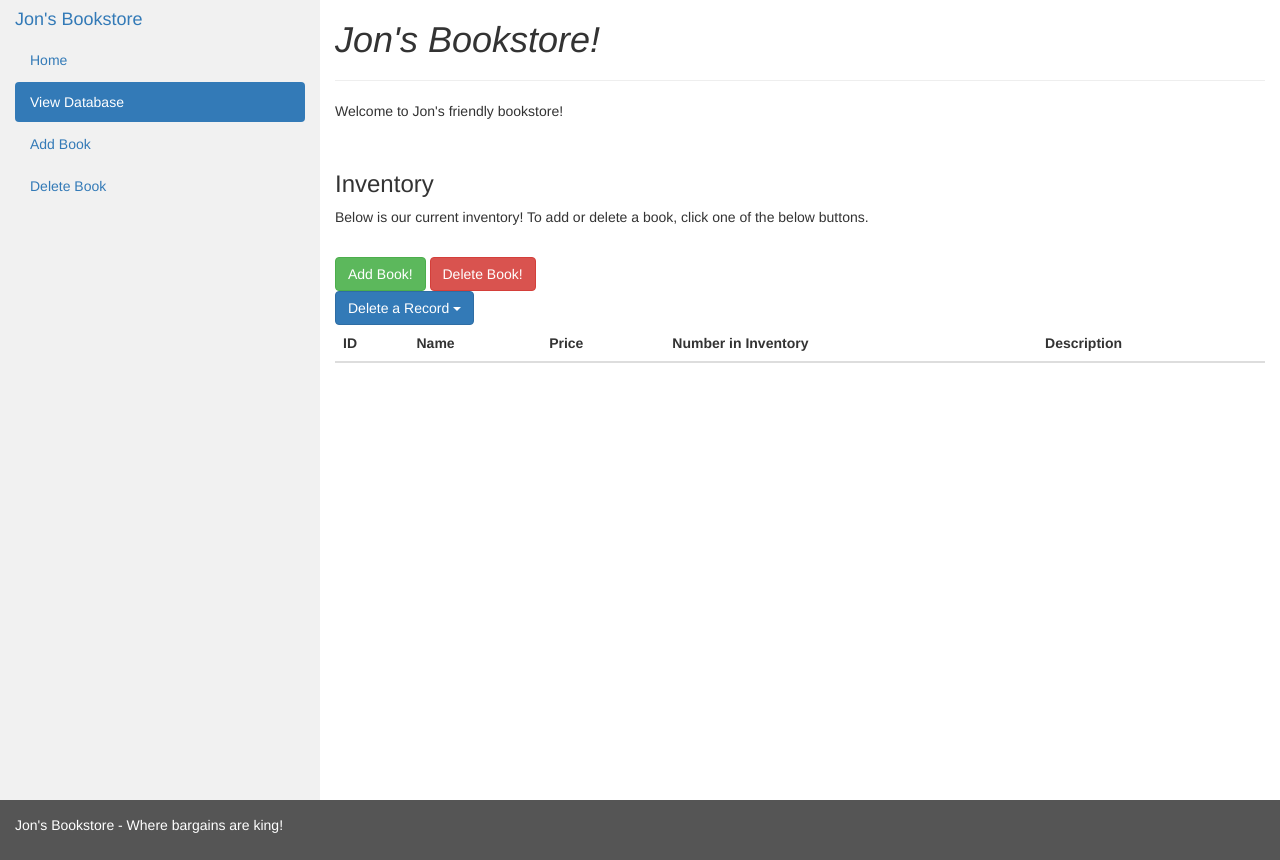
Repository: Inferno51/bookstoreproject
Page: http://localhost/bookstore/readfromdb.jsp
These files come from the project's save history. The page is drawn as it stood at one moment and after the next save; the edit follows.
The browser window is 1280 px wide. The pictures show the whole page.
The page is served by Tomcat 9. Other server files are loaded and not shown. Queries for data that is not in the repository find no rows.

Above is the page before, as saved 2016-09-02 17:07:43.

### bookstore/src/main/webapp/readfromdb.jsp
<%@page import="com.bookstore.DAO"%>
<%@page import="com.bookstore.Book"%>
<%@ page language="java" contentType="text/html; charset=ISO-8859-1"
	pageEncoding="ISO-8859-1"%>
<!DOCTYPE html PUBLIC "-//W3C//DTD HTML 4.01 Transitional//EN" "http://www.w3.org/TR/html4/loose.dtd">
<html>
<head>
<title>Jon's Bookstore</title>
<meta http-equiv="Content-Type" content="text/html; charset=ISO-8859-1">
<meta charset="utf-8">
<meta name="viewport" content="width=device-width, initial-scale=1">
<link rel="stylesheet" href="styles.css">
<link rel="stylesheet"
	href="http://maxcdn.bootstrapcdn.com/bootstrap/3.3.7/css/bootstrap.min.css">
<script
	src="https://ajax.googleapis.com/ajax/libs/jquery/1.12.4/jquery.min.js"></script>
<script
	src="http://maxcdn.bootstrapcdn.com/bootstrap/3.3.7/js/bootstrap.min.js"></script>
</head>
<body>
	<div class="container-fluid">
		<div class="row content">
			<div class="col-sm-3 sidenav">
				<h4>
					<a href="index.html">Jon's Bookstore</a>
				</h4>
				<ul class="nav nav-pills nav-stacked">
					<li><a href="index.html">Home</a></li>
					<li class="active"><a href="readfromdb.jsp">View Database</a></li>
					<li><a href="addbook.html">Add Book</a></li>
					<li><a href="deletebook.html">Delete Book</a></li>
				</ul>
				<br>
			</div>

			<div class="col-sm-9">
				<h1>
					<em>Jon's Bookstore!</em>
					</h4>
					<hr>
					<p>Welcome to Jon's friendly bookstore!</p>
					<br>
					<h3>Inventory</h3>
					<p>Below is our current inventory! To add or delete a book,
						click one of the below buttons.</p>
					<br> <a href="addbook.html" class="btn btn-success"
						role="button">Add Book!</a> <a href="deletebook.html"
						class="btn btn-danger" role="button">Delete Book!</a>
					<table class="table table-striped">
						<thead>
							<tr>
								<th>ID</th>
								<th>Name</th>
								<th>Price</th>
								<th>Number in Inventory</th>
								<th>Description</th>
							</tr>
						</thead>
						<tbody>

							<%
								com.bookstore.DAO.readFromDB();
							%>
							<%
								Book readToJSP = new Book();

								for (int i = 0; i < DAO.ourBooks.size(); i++) {
									readToJSP = DAO.ourBooks.get(i);
							%>
							<tr>
								<td><%=readToJSP.getBookID() %></td>
								<td><%=readToJSP.getBookName()%></td>
								<td><%=readToJSP.getBookPrice()%></td>
								<td><%=readToJSP.getBookCount()%></td>
								<td><%=readToJSP.getBookDesc()%></td>
							</tr>
							<%
								}
								DAO.ourBooks.clear();
							%>

						</tbody>
						<div class="dropdown">
							<button class="btn btn-primary dropdown-toggle" type="button" data-doggle="dropdown">Delete a Record
							<span class="caret"></span></button>
							<ul class="dropdown-menu">
								<li>item to delete</li>
							</ul>
						</div>

					</table>
			</div>
		</div>
	</div>

	<footer class="container-fluid">
	<p>Jon's Bookstore - Where bargains are king!</p>
	</footer>
</body>
</html>

### bookstore/src/main/java/com/bookstore/DAO.java
package com.bookstore;

import java.sql.*;
import java.util.ArrayList;

public class DAO {

	static final String JDBC_DRIVER = "com.mysql.cj.jdbc.Driver";
	static final String DB_URL = "jdbc:mysql://127.0.0.1:3306/?user=root&autoReconnect=true&useSSL=false";
	static final String USER = "root";
	static final String PASSWORD = "sesame";

	static Connection CONN = null;
	static Statement STMT = null;
	static PreparedStatement PREP = null;
	static ResultSet RES = null;
	public static ArrayList<Book> ourBooks = new ArrayList<>();

	public static void connToDB() {
		try {
			Class.forName(JDBC_DRIVER);
			CONN = DriverManager.getConnection(DB_URL, USER, PASSWORD);
		} catch (SQLException | ClassNotFoundException e) {
			e.printStackTrace();
		} // Try connection statement
	} // connToDB

	public static void readFromDB() {
		connToDB();



		try {
			STMT = CONN.createStatement();
			RES = STMT.executeQuery("SELECT * FROM products.books;");

			while (RES.next()) {
				Book myBook = new Book();
				myBook.setBookID(RES.getInt("book_id"));
				myBook.setBookName(RES.getString("book_name"));
				myBook.setBookPrice(RES.getDouble("book_price"));
				myBook.setBookCount(RES.getInt("book_inv_count"));
				myBook.setBookDesc(RES.getString("book_desc"));

				ourBooks.add(myBook);

			}

			for (Book book : ourBooks) {
				System.out.println(book.toString());
			}

		} catch (SQLException e) {
			e.printStackTrace();
		}
	} // readFromDB

	private static String insertIntoTable = "INSERT INTO `products`.`books` "
			+ "(book_name, book_price, book_inv_count, book_desc)"
			+ " VALUES "
			+ "(?, ?, ?, ?)";

	public static void writeToDB(Book newBook) {

		Book bookToAdd = new Book();

		bookToAdd = newBook;

		try {
			connToDB();

			PREP = CONN.prepareStatement(insertIntoTable);

			PREP.setString(1, bookToAdd.getBookName());
			PREP.setDouble(2, bookToAdd.getBookPrice());
			PREP.setInt(3, bookToAdd.getBookCount());
			PREP.setString(4, bookToAdd.getBookDesc());

			System.out.println(PREP);

			PREP.executeUpdate();

		} catch (SQLException e) {
			e.printStackTrace();
		}

	}

	private static String updateDB = ("UPDATE `products`.`books` SET `book_name` = ?, `book_price` = ?, `book_inv_count` = ?, `book_desc` = ? WHERE `book_id` = ?");

	public static void updateDB(Book newBook) {

		readFromDB();

		Book bookToUpdate = new Book();

		bookToUpdate = newBook;

		try {
			PREP = CONN.prepareStatement(updateDB);

			PREP.setString(1, bookToUpdate.getBookName());
			PREP.setDouble(2, bookToUpdate.getBookPrice());
			PREP.setInt(3, bookToUpdate.getBookCount());
			PREP.setString(4, bookToUpdate.getBookDesc());
			PREP.setInt(5, bookToUpdate.getBookID());

			PREP.executeUpdate();

		} catch (SQLException e) {
			e.printStackTrace();
		}
	} // updateDB

	public static void deleteFromDatabase(Book newBook) {
		Book bookToDelete = new Book();
		bookToDelete = newBook;

		try {
			connToDB();
			PREP = CONN.prepareStatement("DELETE FROM `products`.`books` WHERE book_ID = ?");
			PREP.setInt(1, bookToDelete.getBookID());
			PREP.executeUpdate();
		} catch (SQLException e) {
			e.printStackTrace();
		}
	} // deleteFromDatabase
}

### bookstore/src/main/java/com/bookstore/Book.java
package com.bookstore;

public class Book {

	private int bookID = 0;
	private int bookCount = 0;
	private double bookPrice = 0.0d;
	private String bookName = null;
	private String bookDesc = null;

	// Constructor
	public Book(int bookID, int bookCount, double bookPrice, String bookName, String bookDesc) {
		super();
		this.bookID = bookID;
		this.bookCount = bookCount;
		this.bookPrice = bookPrice;
		this.bookName = bookName;
		this.bookDesc = bookDesc;
	} // Constructor

	// Blank constructor
	public Book() {
		super();
	} // Blank constructor


	// Getters and setters
	public int getBookID() {
		return bookID;
	}

	public void setBookID(int bookID) {
		this.bookID = bookID;
	}

	public int getBookCount() {
		return bookCount;
	}

	public void setBookCount(int bookCount) {
		this.bookCount = bookCount;
	}

	public double getBookPrice() {
		return bookPrice;
	}

	public void setBookPrice(double bookPrice) {
		this.bookPrice = bookPrice;
	}

	public String getBookName() {
		return bookName;
	}

	public void setBookName(String bookName) {
		this.bookName = bookName;
	}

	public String getBookDesc() {
		return bookDesc;
	}

	public void setBookDesc(String bookDesc) {
		this.bookDesc = bookDesc;
	}
	// Getters and setters


	@Override
	public String toString() {
		return "Book [bookID=" + bookID + ", bookCount=" + bookCount + ", bookPrice=" + bookPrice + ", bookName="
				+ bookName + ", bookDesc=" + bookDesc + "]";
	} // toString method



}

### bookstore/src/main/webapp/styles.css
@CHARSET "ISO-8859-1";
/* Set height of the grid so .sidenav can be 100% (adjust if needed) */
.row.content {
	height: 800px
}

/* Set gray background color and 100% height */
.sidenav {
	background-color: #f1f1f1;
	height: 100%;
}

/* Set black background color, white text and some padding */
footer {
	background-color: #555;
	color: white;
	padding: 15px;
}

/* On small screens, set height to 'auto' for sidenav and grid */
@media screen and (max-width: 767px) {
	.sidenav {
		height: auto;
		padding: 15px;
	}
	.row.content {
		height: auto;
	}
}

After the next save:
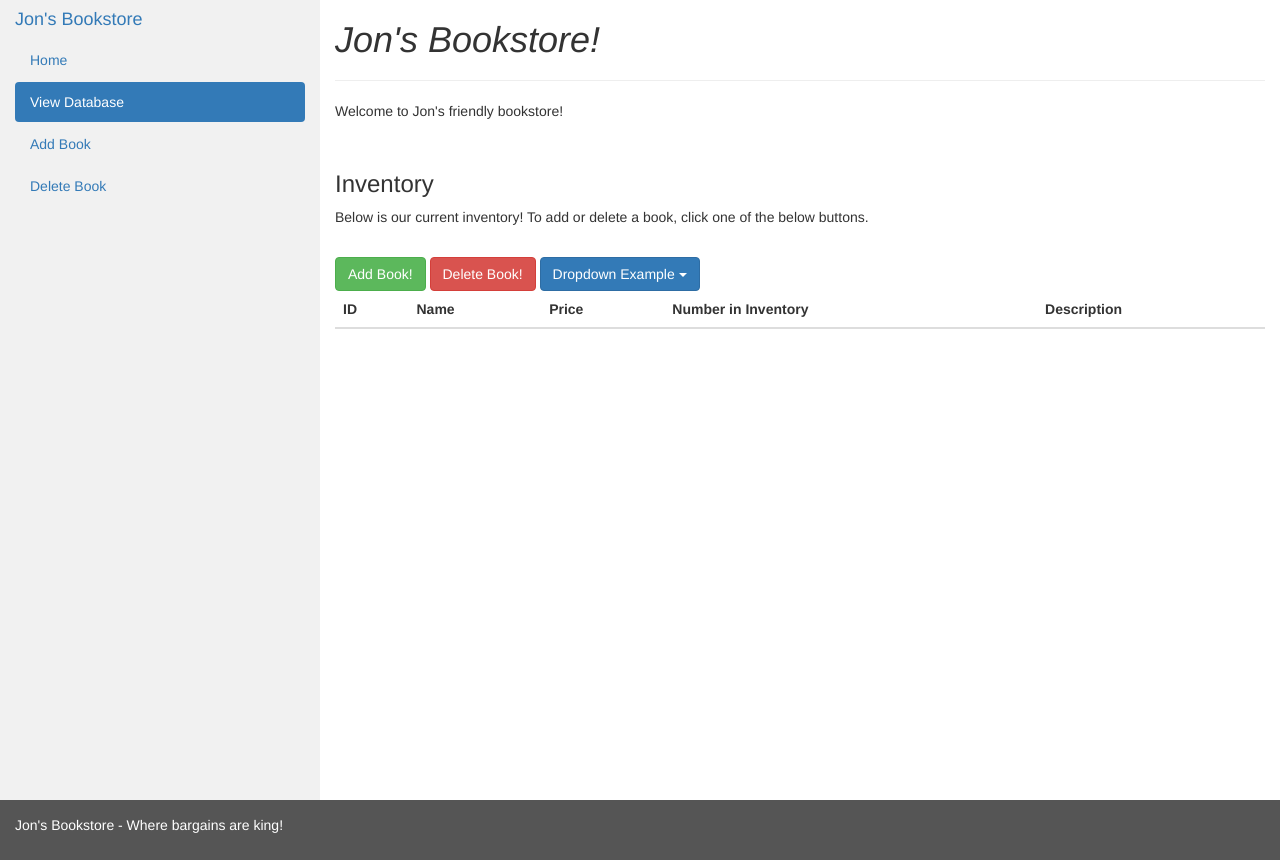
Saved 5 min 10 s later.
--- a/bookstore/src/main/webapp/readfromdb.jsp
+++ b/bookstore/src/main/webapp/readfromdb.jsp
@@ -68,7 +68,7 @@
 									readToJSP = DAO.ourBooks.get(i);
 							%>
 							<tr>
-								<td><%=readToJSP.getBookID() %></td>
+								<td><%=readToJSP.getBookID()%></td>
 								<td><%=readToJSP.getBookName()%></td>
 								<td><%=readToJSP.getBookPrice()%></td>
 								<td><%=readToJSP.getBookCount()%></td>
@@ -80,13 +80,15 @@
 							%>
 
 						</tbody>
-						<div class="dropdown">
-							<button class="btn btn-primary dropdown-toggle" type="button" data-doggle="dropdown">Delete a Record
-							<span class="caret"></span></button>
-							<ul class="dropdown-menu">
-								<li>item to delete</li>
-							</ul>
-						</div>
+						<button class="btn btn-primary dropdown-toggle" type="button"
+							data-toggle="dropdown">
+							Dropdown Example <span class="caret"></span>
+						</button>
+						<ul class="dropdown-menu">
+							<li><a href="#">HTML</a></li>
+							<li><a href="#">CSS</a></li>
+							<li><a href="#">JavaScript</a></li>
+						</ul>
 
 					</table>
 			</div>
